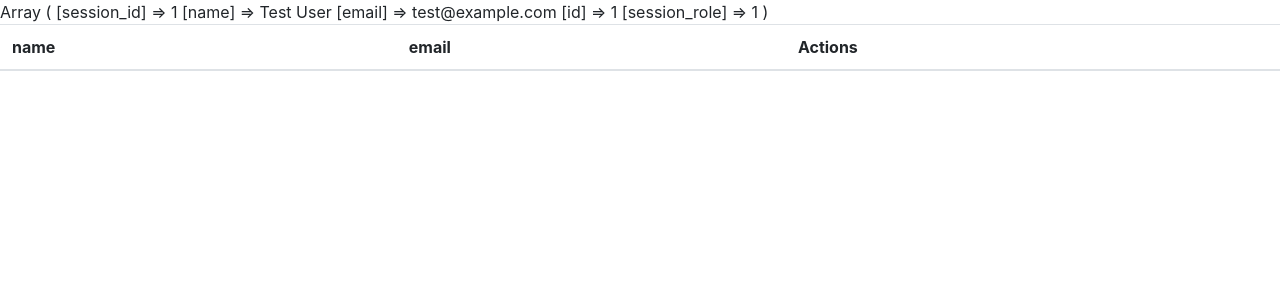
Repository: AbdulRehman0/registration
Page: http://localhost/dashboard.php
These files come from the project's save history. The page is drawn as it stood at one moment and after the next save; the edit follows.
The browser window is 1280 px wide. The pictures show the whole page.
The page is run by PHP 8.4 with error messages shown; the project is at /var/www/html/. The session is filled in as if someone had signed in: {"session_id": true, "name": "Test User", "email": "test@example.com", "id": 1, "session_role": 1}. Queries for data that is not in the repository find no rows.

Above is the page before, as saved 2021-01-05 19:27:22.

After the next save:
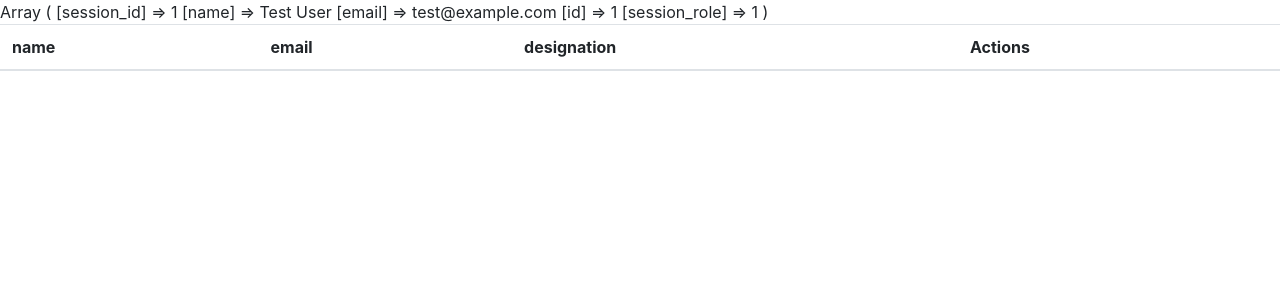
Saved 97 s later.
--- a/dashboard.php
+++ b/dashboard.php
@@ -27,14 +27,16 @@ include "./templates/header.php";
     <tr>
       <th scope="col">name</th>
       <th scope="col">email</th>
+      <th scope="col">designation</th>
       <th scope="col">Actions</th>
     </tr>
   </thead>
   <tbody>
-    <?php foreach($res as $row):?>
+    <?php foreach($res as $row): if($row["role_id"]==1) $des="Admin"; else $des="Editor"?>
     <tr>
     <td><?php echo $row["name"];?></td>
     <td><?php echo $row["email"];?></td>
+    <td><?php echo $des;?></td>
     <td><a href="./controllers/edit.php?id=<?php echo $row["id"]?>" class="float-left"><span>Edit<span></a><?php if($row["role_id"]!=1 && $row["id"]!=$_SESSION['id']):?><a href="./controllers/UserController.php?id=<?php echo $row["id"]?>&func=deleteUser" class="center"><span>Delete<span></a><?php endif;?></td>
     </tr>
     <?php endforeach;?>
